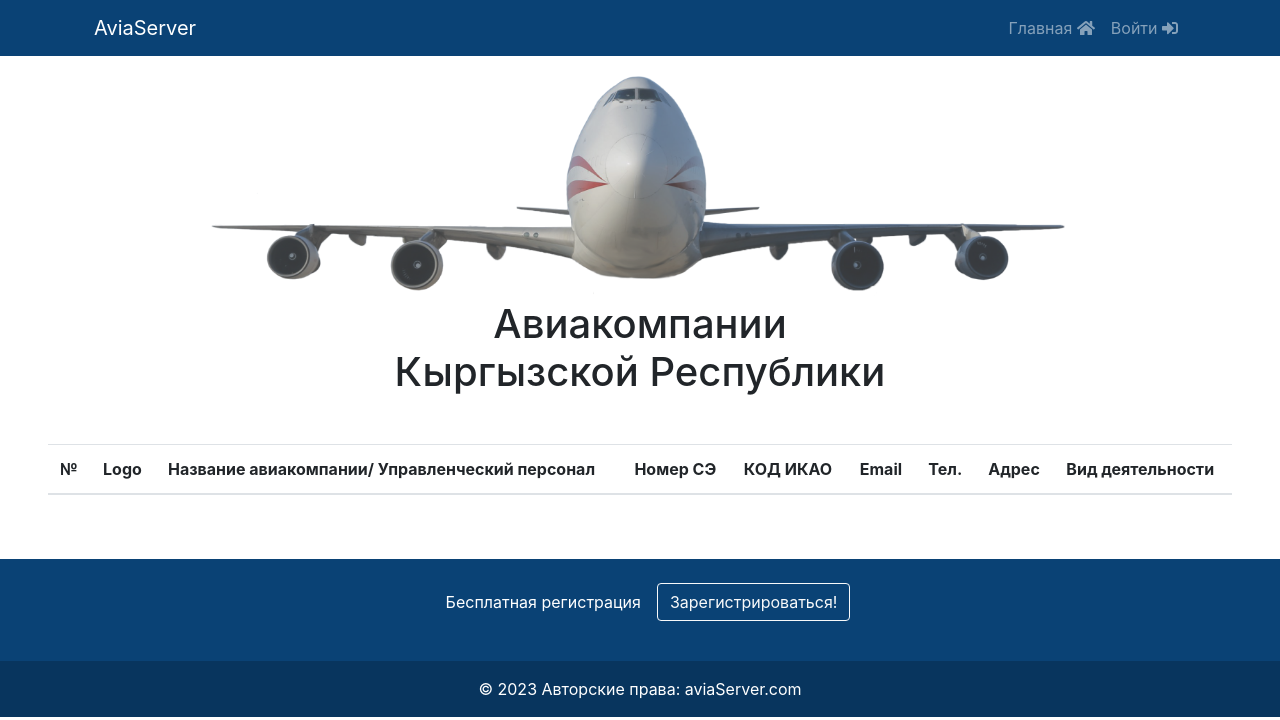
Repository: sulimonn/aviaServer
Page: products/templates/products/index.html
These files come from the project's save history. The page is drawn as it stood at one moment and after the next save; the edit follows.
The browser window is 1280 px wide. The pictures show the whole page.
Some web libraries are served in a nearby version. The template is drawn by Django 4.2. The application's start-up code is not run. The template is opened directly, without the code that normally fills it, so the values that code supplies are empty.

Above is the page before, as saved 2023-08-14 20:48:59.

After the next save:
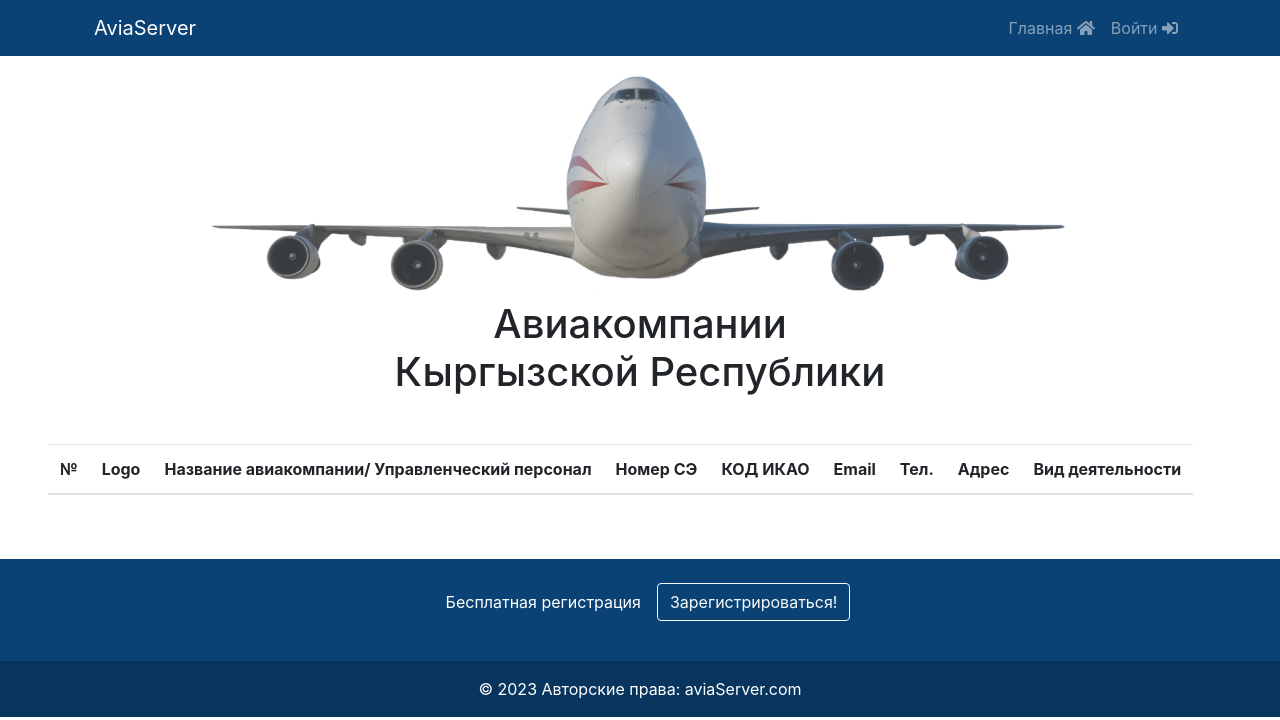
Saved 4 min 7 s later.
--- a/products/templates/products/index.html
+++ b/products/templates/products/index.html
@@ -15,7 +15,7 @@
 </div>
 <div class="d-flex">
 
-    <table class="table mx-5">
+    <table class="table table-responsive mx-5">
       <thead>
         <tr>
           <th scope="col">№</th>

After the save that followed:
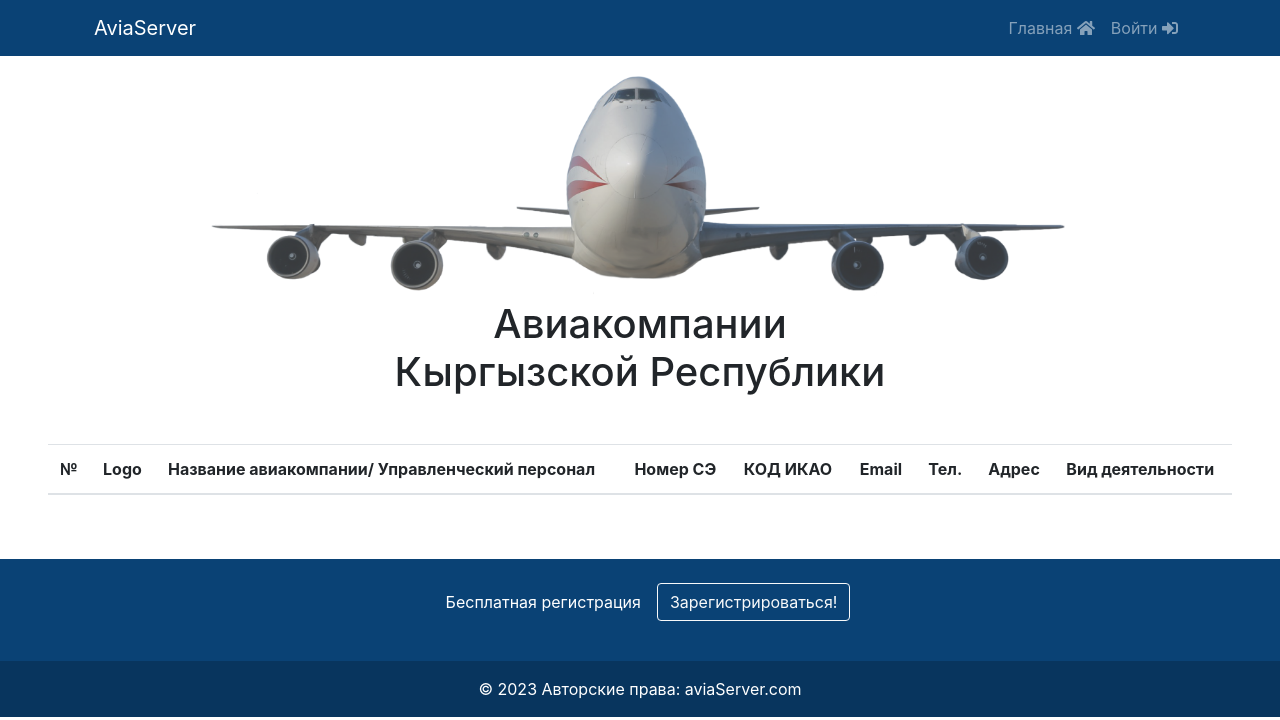
Saved 2 min 1 s later.
--- a/products/templates/products/index.html
+++ b/products/templates/products/index.html
@@ -13,9 +13,9 @@
 <div class="d-flex">
     <h1 align="center" class="m-auto pb-5">Авиакомпании <br> Кыргызской Республики</h1>
 </div>
-<div class="d-flex">
+<div class="d-flex table-responsive">
 
-    <table class="table table-responsive mx-5">
+    <table class="table mx-5">
       <thead>
         <tr>
           <th scope="col">№</th>
